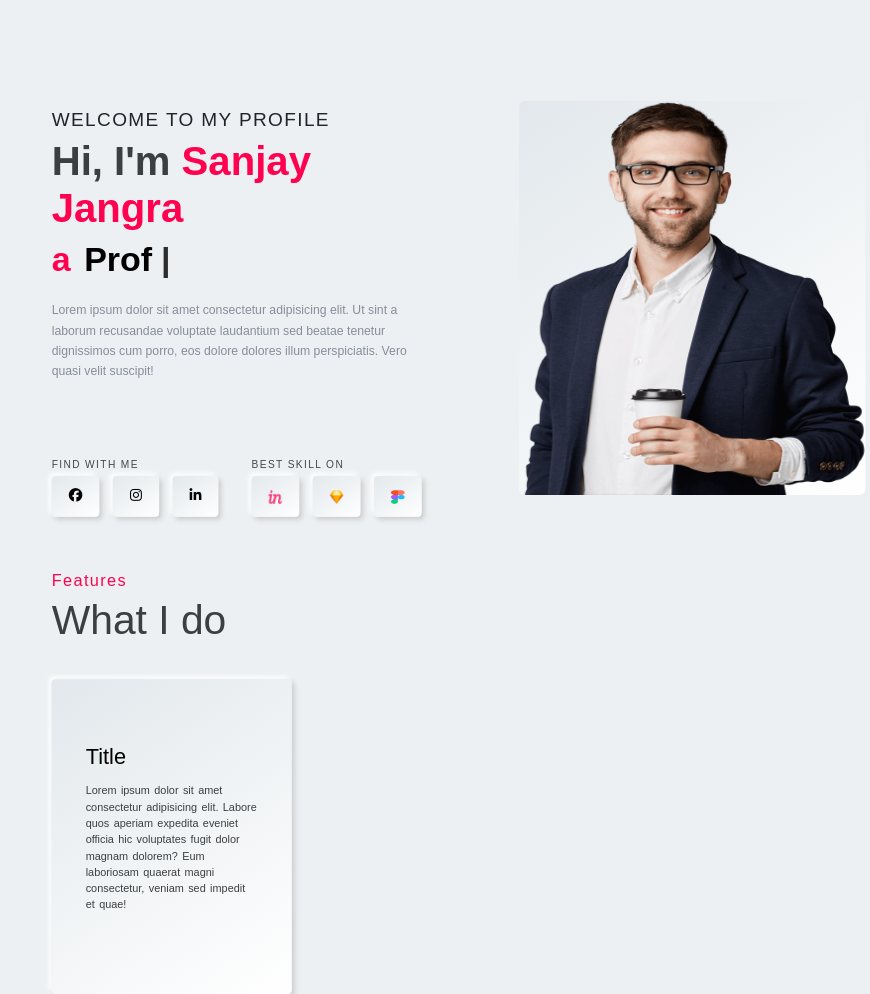
Repository: Sanjayjangra88/PortFolio
Page: /
The author's editor kept a copy of each file at every save. The page is drawn from the files as they stood at one save, then again after the next save.
The browser window is 1280 px wide. The pictures show the whole page, at 68% of full size.
Some web libraries are served in a nearby version. The project was rebuilt for these pictures with package versions that can differ from the ones it lists, and the page was loaded fresh each time. Also part of the build but not shown: src/Components/Header/Header.jsx.

Above is the page before, as saved 2022-09-10 22:37:37.

### public/index.html
<!DOCTYPE html>
<html lang="en">
  <head>
    <meta charset="utf-8" />
    <link rel="icon" href="%PUBLIC_URL%/favicon.ico" />
    <meta name="viewport" content="width=device-width, initial-scale=1" />
    <meta name="theme-color" content="#000000" />
    <meta
      name="description"
      content="Web site created using create-react-app"
    />
    <link rel="apple-touch-icon" href="%PUBLIC_URL%/logo192.png" />
    <!--
      manifest.json provides metadata used when your web app is installed on a
      user's mobile device or desktop. See https://developers.google.com/web/fundamentals/web-app-manifest/
    -->
    <link rel="manifest" href="%PUBLIC_URL%/manifest.json" />
    <link rel="stylesheet" href="https://cdnjs.cloudflare.com/ajax/libs/font-awesome/6.1.1/css/all.min.css" integrity="sha512-KfkfwYDsLkIlwQp6LFnl8zNdLGxu9YAA1QvwINks4PhcElQSvqcyVLLD9aMhXd13uQjoXtEKNosOWaZqXgel0g==" crossorigin="anonymous" referrerpolicy="no-referrer" />

    <!--
      Notice the use of %PUBLIC_URL% in the tags above.
      It will be replaced with the URL of the `public` folder during the build.
      Only files inside the `public` folder can be referenced from the HTML.

      Unlike "/favicon.ico" or "favicon.ico", "%PUBLIC_URL%/favicon.ico" will
      work correctly both with client-side routing and a non-root public URL.
      Learn how to configure a non-root public URL by running `npm run build`.
    -->

    <link rel="manifest" href="%PUBLIC_URL%/manifest.json" />
    <link href="https://cdn.jsdelivr.net/npm/bootstrap@5.0.2/dist/css/bootstrap.min.css" rel="stylesheet" integrity="sha384-EVSTQN3/azprG1Anm3QDgpJLIm9Nao0Yz1ztcQTwFspd3yD65VohhpuuCOmLASjC" crossorigin="anonymous">
    <title>React App</title>
  </head>
  <body>
    <noscript>You need to enable JavaScript to run this app.</noscript>
    <div id="root"></div>
    <script src="https://kit.fontawesome.com/7578c5a215.js" crossorigin="anonymous"></script>
    <!--
      This HTML file is a template.
      If you open it directly in the browser, you will see an empty page.

      You can add webfonts, meta tags, or analytics to this file.
      The build step will place the bundled scripts into the <body> tag.

      To begin the development, run `npm start` or `yarn start`.
      To create a production bundle, use `npm run build` or `yarn build`.
    -->

    <script src="https://cdn.jsdelivr.net/npm/@popperjs/core@2.9.2/dist/umd/popper.min.js" integrity="sha384-IQsoLXl5PILFhosVNubq5LC7Qb9DXgDA9i+tQ8Zj3iwWAwPtgFTxbJ8NT4GN1R8p" crossorigin="anonymous"></script>
<script src="https://cdn.jsdelivr.net/npm/bootstrap@5.0.2/dist/js/bootstrap.min.js" integrity="sha384-cVKIPhGWiC2Al4u+LWgxfKTRIcfu0JTxR+EQDz/bgldoEyl4H0zUF0QKbrJ0EcQF" crossorigin="anonymous"></script>
  </body>
</html>

### src/App.js
import React from 'react'
import Header from './Components/Header/Header';
import "./App.css"
import Home from './Components/Home/Home';
import Features from './Components/Features/Features';
const App = () => {
  return (
    <>
      {/* <Header/> */}
      <Home/>
      <Features/>
    </>
  )
}

export default App

### src/App.css
@import url('https://fonts.googleapis.com/css2?family=Dancing+Script&family=EB+Garamond:ital,wght@1,500&family=Roboto+Slab:wght@300&display=swap');
* {
  padding: 0;
  margin: 0;
  box-sizing: border-box;
}
html {
  scroll-behavior: smooth;
}
body {
  font-family: "Poppins", sans-serif;
  background-color: #ecf0f3;
}
.container {
  max-width: 95%;
  margin: auto;
}
.d_flex {
  display: flex;
  justify-content: space-between;
}
.f_flex {
  display: flex;
}
a {
  text-decoration: none;
  color: black;
}
li {
  list-style: none;
}
.uppercase {
  text-transform: uppercase;
}
.capitalize {
  text-transform: capitalize;
}

button {
  border: none;
  outline: none;
  background-color: none;
}

.btn_shadow {
  padding: 18px 25px;
  border-radius: 6px;
  transition: 0.3s all ease;
  cursor: pointer;
  color: #000;
  transition: 0.5s;
}
.btn_shadow {
  background: linear-gradient(145deg, #e2e8ec, #ffffff);
  box-shadow: 4px 4px 8px #cbcbcb, -4px -4px 8px #ffffff;
}
.btn_shadow:hover {
  background: #ff014f;
  color: white;
  transform: translateY(-10px);
}
.box_shodow {
  background: linear-gradient(145deg, #e2e8ec, #ffffff);
  box-shadow: 4px 4px 8px #cbcbcb, -4px -4px 8px #ffffff;
  border-radius: 10px;
}
.row,
.left,
.right {
  width: 50%;
}
.top {
  margin-top: 80px;
}
.mtop {
  margin-top: 40px;
}
.heading {
  margin: 50px 0 50px 0;
}
.heading h4 {
  color: #ff014f;
  letter-spacing: 2px;
  font-weight: 400;
}
.heading h1 {
  font-size: 60px;
  color: #3c3e41;
}
h1 {
  color: #3c3e41;
}
.grid {
  display: grid;
  grid-template-columns: repeat(3, 1fr);
  grid-gap: 35px;
}
p {
  color: #3c3e41;
}
.text-center {
  text-align: center;
}
.primary_color {
  color: #ff014f;
}
textarea,
input {
  width: 100%;
  padding: 20px;
  border-radius: 5px;
  outline: none;
  border: 3px solid #e2e8ec;
  margin-bottom: 20px;
}
/*----------Footer---------*/
footer {
  margin: 20% 0 10% 0;
}
footer p {
  margin-top: 30px;
}
/*----------Footer---------*/
@media (max-width: 768px) {
  .grid {
    grid-template-columns: repeat(2, 1fr);
  }
  .left,
  .right {
    width: 100%;
  }
  }

### src/Components/Home/Home.jsx
import React from 'react'
import './home.css'
import hero from '../Pic/hero.png'
import skill1 from '../Pic/skill1.png'
import skill2 from '../Pic/skill2.png'
import skill3 from '../Pic/skill3.png'

import { Typewriter} from 'react-simple-typewriter'

const Home = () => {
  return (
    <>
      <section className='hero'id='home'>
        <div className="container f_flex top">
            <div className="left top">
                <h3>WELCOME TO MY PROFILE</h3>
                <h1>
                    Hi, I'm <span>Sanjay Jangra</span>
                    </h1>
                <h2>
                    a
                    <span>
                    <Typewriter
            words={['Web Developer', 'Professional Coder.']}
            loop
            cursor
            cursorStyle='|'
            typeSpeed={70}
            deleteSpeed={50}
            delaySpeed={1000}

            />
                        </span></h2>
                        <p>
Lorem ipsum dolor sit amet consectetur adipisicing elit. Ut sint a laborum recusandae voluptate laudantium sed beatae tenetur dignissimos cum porro, eos dolore dolores illum perspiciatis. Vero quasi velit suscipit!
                        </p>
                        <div className='hero_btn d_flex'>
                            <div className="col_1">
                                <h4>FIND WITH ME</h4>
                                <div className="button">
                                    <button className='btn_shadow'>
                                        <i className='fab fa-facebook'></i>
                                    </button>
                                    <button className='btn_shadow'>
                                        <i className='fab fa-instagram'></i>
                                    </button>
                                    <button className='btn_shadow'>
                                        <i className='fab fa-linkedin-in'></i>
                                    </button>
                                </div>
                            </div>
                            <div className="col_1">
                                <h4>BEST SKILL ON</h4>
                                <button className='btn_shadow'>
                                        <img src={skill1}alt=''/>
                                    </button>
                                <button className='btn_shadow'>
                                        <img src={skill2}alt=''/>
                                    </button>
                                <button className='btn_shadow'>
                                        <img src={skill3}alt=''/>
                                    </button>
                            </div>
                        </div>
            </div>
            <div className="right">
                <div className="right_img">
                    <img src={hero}alt=''/>
                </div>
            </div>
        </div>
      </section>
    </>
  )
}

export default Home

### src/Components/Features/Features.jsx
import React from 'react'
import Card from './Card'
import './features.css'

const Features = () => {
  return (
    <>
    <section className='features top'id='features'>
        <div className="container">
            <div className="heading">
                <h4>Features</h4>
                <h1>What  I do</h1>
            </div>
            <div className="content grid">
             <Card/>
            </div>
        </div>
    </section>
    </>
  )
}

export default Features

### src/Components/Header/header.css

*,
*::after,
*::before{
    box-sizing: border-box;
    padding: 0;
    margin: 0;
}

.html{
    font-size: 62.5%;
}

.navbar input[type="checkbox"],
.navbar .hamburger-lines{
    display: none;
}

.container{
    max-width: 1200px;
    width: 90%;
    margin: auto;
}

.navbar{
    box-shadow: 0px 5px 10px 0px #aaa;
    position: fixed;
    width: 100%;
    background: #FAA7B8;
    color: #000;
    opacity: 0.85;
    z-index: 100;
}

.navbar-container{
    display: flex;
    justify-content: space-between;
    height: 64px;
    align-items: center;
}

.menu-items{
    margin-top: 15px;
    order: 2;
    display: flex;
}
.logo{
    order: 1;
    font-size: 2.3rem;
    margin-bottom: 5px;
}

.menu-items li{
    list-style: none;
    margin-left: 1.5rem;
    font-size: 1.3rem;
}

.navbar a{
    color: #444;
    text-decoration: none;
    font-weight: 500;
    transition: color 0.3s ease-in-out;
}

.navbar a:hover{
    color: #117964;
}
.home-btn:hover {
  background: #ff014f;
  color: white;
}


.home-btn {
  padding: 18px 25px;
  height: 1vh;
  line-height: 1vh;
  font-size: 13px;
  border-radius: 6px;
  transition: 0.3s all ease;
  cursor: pointer;
  height: fit-content;
  color: #ff014f;

}
.home-btn {
  background: linear-gradient(145deg, #e2e8ec, #ffffff);
  box-shadow: 4px 4px 8px #cbcbcb, -4px -4px 8px #ffffff;
}
navbar {
  transition: 0.5s;
  font-size: 13px;
  font-weight: 500;
  letter-spacing: 2px;
}





@media (max-width: 900px){
    .navbar{
        opacity: 0.95;
    }

    .navbar-container input[type="checkbox"],
    .navbar-container .hamburger-lines{
        display: block;
    }

    .navbar-container{
        display: block;
        position: relative;
        height: 64px;
    }

    .navbar-container input[type="checkbox"]{
        position: absolute;
        display: block;
        height: 32px;
        width: 30px;
        top: 20px;
        left: 20px;
        z-index: 5;
        opacity: 0;
        cursor: pointer;
    }

    .navbar-container .hamburger-lines{
        display: block;
        height: 28px;
        width: 35px;
        position: absolute;
        top: 20px;
        left: 20px;
        z-index: 2;
        display: flex;
        flex-direction: column;
        justify-content: space-between;
    }

    .navbar-container .hamburger-lines .line{
        display: block;
        height: 4px;
        width: 100%;
        border-radius: 10px;
        background: #333;
    }

    .navbar-container .hamburger-lines .line1{
        transform-origin: 0% 0%;
        transition: transform 0.3s ease-in-out;
    }

    .navbar-container .hamburger-lines .line2{
        transition: transform 0.2s ease-in-out;
    }

    .navbar-container .hamburger-lines .line3{
        transform-origin: 0% 100%;
        transition: transform 0.3s ease-in-out;
    }

    .navbar .menu-items{
        padding-top: 100px;
        background: #fff;
        height: 100vh;
        max-width: 300px;
        transform: translate(-150%);
        display: flex;
        flex-direction: column;
        margin-left: -40px;
        padding-left: 40px;
        transition: transform 0.5s ease-in-out;
        box-shadow:  5px 0px 10px 0px #aaa;
        overflow: scroll;
    }

    .navbar .menu-items li{
        margin-bottom: 1.8rem;
        font-size: 1.1rem;
        font-weight: 500;
    }

    .logo{
        position: absolute;
        top: 10px;
        right: 15px;
        font-size: 2.5rem;

    }

    .navbar-container input[type="checkbox"]:checked ~ .menu-items{
        transform: translateX(0);
    }

    .navbar-container input[type="checkbox"]:checked ~ .hamburger-lines .line1{
        transform: rotate(45deg);
    }

    .navbar-container input[type="checkbox"]:checked ~ .hamburger-lines .line2{
        transform: scaleY(0);
    }

    .navbar-container input[type="checkbox"]:checked ~ .hamburger-lines .line3{
        transform: rotate(-45deg);
    }
    .home-btn:hover {
      background: #ff014f;
      color: white;

    }


    .home-btn {
      padding: 18px 25px;
      height: 1vh;
      line-height: 1vh;
      font-size: 13px;
      border-radius: 6px;
      transition: 0.3s all ease;
      cursor: pointer;
      height: fit-content;
      color: #ff014f;
      margin-right: 25px;

    }
    .home-btn {
      background: linear-gradient(145deg, #e2e8ec, #ffffff);
      box-shadow: 4px 4px 8px #cbcbcb, -4px -4px 8px #ffffff;
    }

}

@media (max-width: 500px){
    .navbar-container input[type="checkbox"]:checked ~ .logo{
        display: none;
    }
}
.demo{
  height: 300vh;
}

### src/Components/Home/home.css
.hero{
    position: relative;

}
.hero h3{
    font-weight: 100;
    letter-spacing: 2px;
}
.hero h1{
    font-size: 59px;
    font-weight: bold;
}
.hero h1 span{
    color: #ff014f;
}
.hero h2{
    font-size: 50px;
    font-weight: bold;
    color: #ff014f;
}
.hero h2 span{
    color: black;
    margin-left: 10px;
}
.hero p{
    color:#878e99;
    font-size: 18px;
    line-height: 30px;
    margin-top: 30px;
}
.hero_btn{
    margin-top: 20%;
}
/* .hero_btn{
    <element class="hero_btn">
    Selector Specificity:(0,1,0)
} */

.hero_btn h4{
    font-weight: 500;
    letter-spacing: 2px;
    color: #43474b;
    font-size: 15px;
    margin: 30pz 0 30px 0;

}
.hero_btn button{
    margin-right: 20px;
}
.hero_btn i{
    font-size: 20px;
}
.hero_btn button img{
    width: 20px;
    height: 20px;
   }
   .hero .left{
    margin-right: 10px;
   }
.hero .right{
    width: 40%;
    position: relative;
    }
.hero .right img{
    background: linear-gradient(145deg ,#e2e8ec , #ffffff);
    box-shadow: 4px 4px 8px #cbcbcb .4ox -4px 8px #ffffff;
    border-radius: 10px;
    height: 580px;
    width: 510px;
    margin-top: 15%;
    margin-left: 25%;

}
.hero .right_img img{
    position: absolute;
    top: 0;
    width: 510px;

}

### src/Components/Features/Card.jsx
import React from 'react';
import './features.css';


const Card = () => {
  return (
    <>
       <div className="box btn_shadow">
                    <img src=''alt=''/>
                    <h2>Title</h2>
                    <p>Lorem ipsum dolor sit amet consectetur adipisicing elit. Labore quos aperiam expedita eveniet officia hic voluptates fugit dolor magnam dolorem? Eum laboriosam quaerat magni consectetur, veniam sed impedit et quae!</p>
                     <a href=''><i className='fas fa-arrow-right'></i></a>
                </div>
    </>
  )
}

export default Card

### src/Components/Features/features.css
.features .box{
    padding: 50px;
    }
    .features .box h2{
        margin: 20px 0 20px 0;
    }
    .features .box p{
        word-spacing: 2px;
        transition: 0.5s;
    }
    .features .box i{
        font-size: 30px;
        margin-top: 20px;
        transition: 0.5s;
        opacity: 0;
    }
    .features .box:hover{
        color: white;
            }
    .features .box:hover i{
        opacity: 1;

    }

### src/Components/Features/Features-Api.jsx

const data = [
    {
      id: 1,
      image: "https://img.icons8.com/ios/64/000000/menu.png",
      title: "Business Stratagy",
      desc: "I throw myself down among the tall grass by the stream as I lie close to the earth.",
    },
    {
      id: 2,
      image: "https://img.icons8.com/ios/40/000000/open-book.png",
      title: "App Development",
      desc: " It uses a dictionary of over 200 Latin words, combined witha handful of model sentence.",
    },
    {
      id: 3,
      image: "https://img.icons8.com/fluency-systems-regular/64/000000/retro-tv.png ",
      title: "App Development",
      desc: "I throw myself down among the tall grass by the stream as I lie close to the earth.",
    },
    {
      id: 4,
      image: "https://img.icons8.com/material-outlined/64/000000/topic--v1.png ",
      title: "Mobile App",
      desc: "There are many variations of passages of Lorem Ipsum	available, but the majority.",
    },
    {
      id: 5,
      image: "https://img.icons8.com/ios-filled/64/000000/wifi.png ",
      title: "CEO Marketing",
      desc: "always free from repetition, injected humour, or non-characteristic words etc.",
    },
    {
      id: 6,
      image: "https://img.icons8.com/glyph-neue/50/000000/polyline.png ",
      title: "Personal Portfolio April",
      desc: " It uses a dictionary of over 200 Latin words, combined with a handful of model sentence.",
    },
  ]
  export default data

Loaded but not shown: src/index.js (common file); src/index.css (common file); src/reportWebVitals.js (common file)

After the next save:
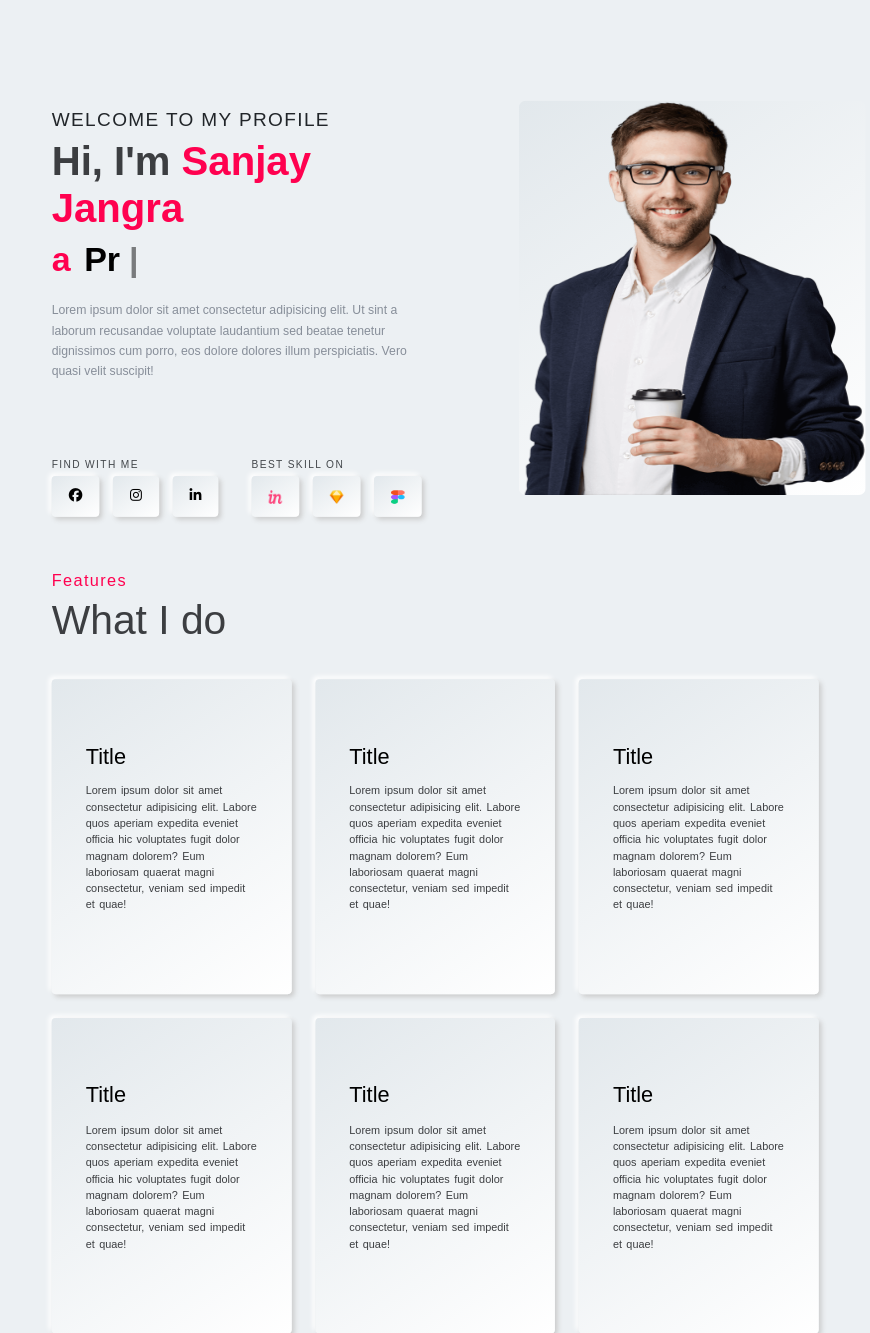
Saved 2 min 58 s later.
--- a/src/Components/Features/Features.jsx
+++ b/src/Components/Features/Features.jsx
@@ -1,6 +1,7 @@
 import React from 'react'
 import Card from './Card'
 import './features.css'
+import data from './Features-Api';
 
 const Features = () => {
   return (
@@ -12,7 +13,9 @@ const Features = () => {
                 <h1>What  I do</h1>
             </div>
             <div className="content grid">
-             <Card/>
+             {data.map((val,index)=>{
+                return <Card key={index}image={val.image} title={val.title}desc={val.desc}/>
+             })}
             </div>
         </div>
     </section>
